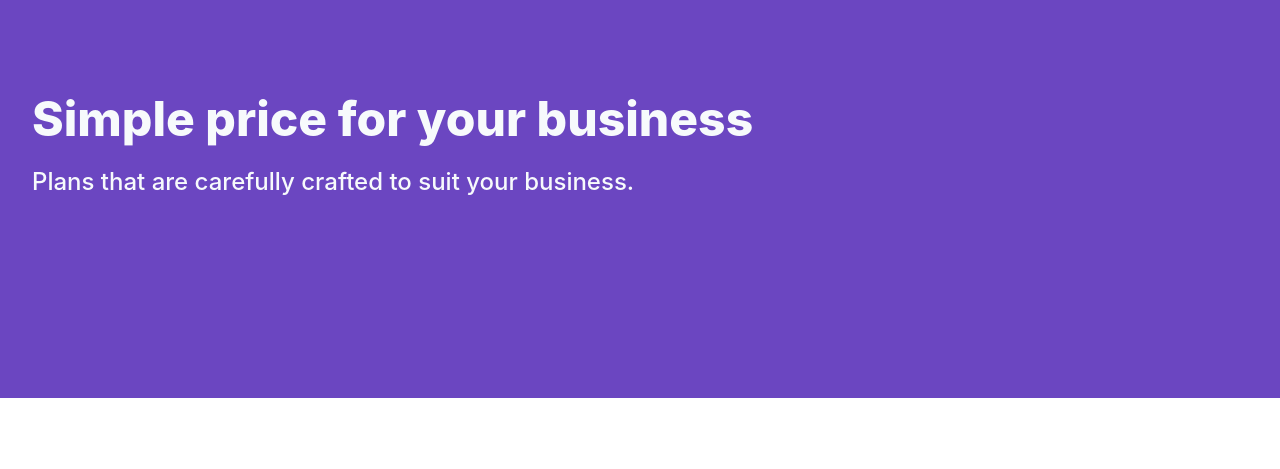
Repository: noutijo/learn-in-depth-chakra-ui
Page: /
An editor plug-in stored every save of this project. The page is shown before and after a run of saves, followed by the edit.
The browser window is 1280 px wide. The pictures show the whole page.
The project was rebuilt for these pictures with package versions that can differ from the ones it lists, and the page was loaded fresh each time. Also part of the build but not shown: vite.config.ts.

Above is the page before, as saved 2023-01-30 15:02:56.

After the next 3 saves:
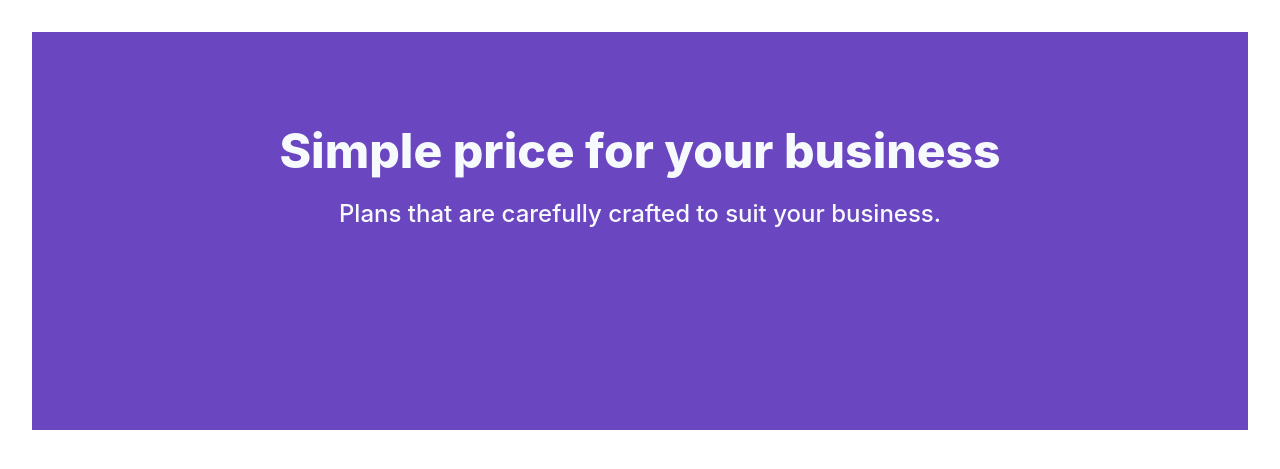
The 3 saves are shown as one change because 1 did not build or start and some came seconds apart.
The last was saved 24 s later.
--- a/src/App.tsx
+++ b/src/App.tsx
@@ -1,5 +1,5 @@
 //import './App.css'
-import { Box, Flex, Stack, VStack, HStack } from "@chakra-ui/react";
+import "./App.css";
 import { Box, Flex, Stack, VStack, HStack } from "@chakra-ui/react";
 import { Header } from "./components/Header";
 
